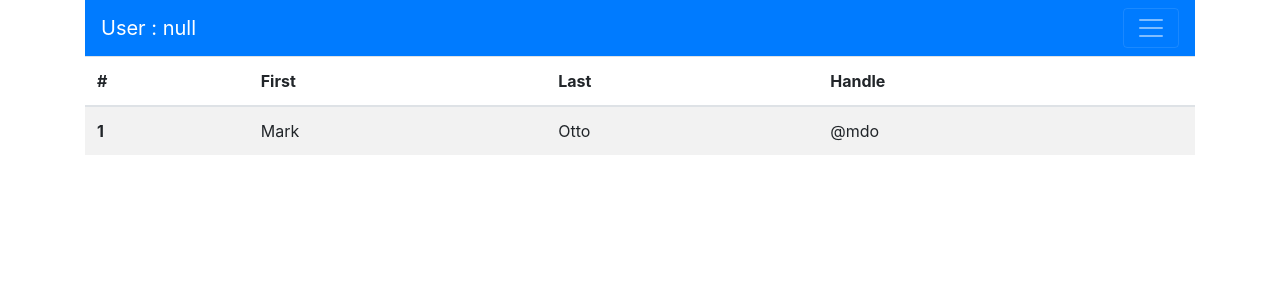
Repository: SachinUthpala/Railway-Reservation
Page: http://localhost/Railway/Reserve/myReservation.jsp
These files come from the project's save history. The page is drawn as it stood at one moment and after the next save; the edit follows.
The browser window is 1280 px wide. The pictures show the whole page.
Some web libraries are served in a nearby version. The page is served by Tomcat 9.

Above is the page before, as saved 2023-05-21 06:30:58.

After the next save:
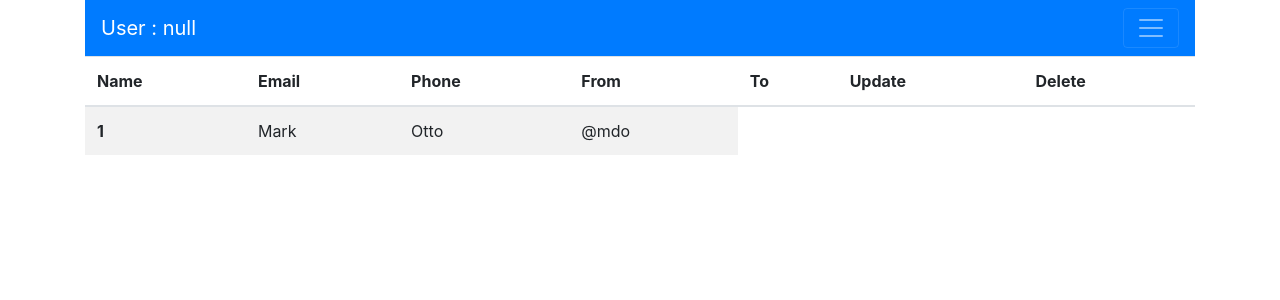
Saved 61 s later.
--- a/Railway/src/main/webapp/Reserve/myReservation.jsp
+++ b/Railway/src/main/webapp/Reserve/myReservation.jsp
@@ -49,10 +49,13 @@
 <table class="table table-striped">
   <thead>
     <tr>
-      <th scope="col">#</th>
-      <th scope="col">First</th>
-      <th scope="col">Last</th>
-      <th scope="col">Handle</th>
+      <th scope="col">Name</th>
+      <th scope="col">Email</th>
+      <th scope="col">Phone</th>
+      <th scope="col">From</th>
+      <th scope="col">To</th>
+      <th scope="col">Update</th>
+      <th scope="col">Delete</th>
     </tr>
   </thead>
   <tbody>
